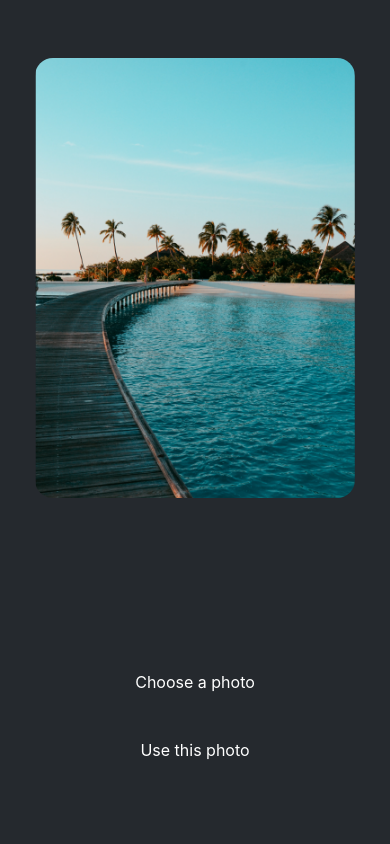
Repository: grlgmrs/StickerSmash
Screen: /
The author's editor kept a copy of each file at every save. The screen is drawn from the files as they stood at one save, then again after a run of saves.
The app was drawn by React Native's web renderer in a window 390 px wide. The project was rebuilt for these pictures with package versions that can differ from the ones it lists, and the page was loaded fresh each time.

Above is the screen before, as saved 2023-01-27 15:51:54.

### App.js
import { StatusBar } from "expo-status-bar";
import { StyleSheet, View } from "react-native";
import { Button, ImageViewer } from "./components";

const placeholderImage = require("./assets/images/background-image.png");

export default function App() {
  return (
    <View style={styles.container}>
      <View style={styles.imageContainer}>
        <ImageViewer placeholderImageSource={placeholderImage} />
      </View>
      <View style={styles.footerContainer}>
        <Button label="Choose a photo" />
        <Button label="Use this photo" />
      </View>
      <StatusBar style="auto" />
    </View>
  );
}

const styles = StyleSheet.create({
  container: {
    flex: 1,
    backgroundColor: "#25292e",
    alignItems: "center",
    justifyContent: "center",
  },
  imageContainer: {
    flex: 1,
    paddingTop: 58,
  },
  footerContainer: {
    flex: 1 / 3,
    alignItems: "center",
  },
});

### components/index.js
export { default as ImageViewer } from "./ImageViewer";
export { default as Button } from "./Button";

### components/ImageViewer/index.js
import ImageViewer from "./ImageViewer";

export default ImageViewer;

### components/ImageViewer/ImageViewer.js
import { StyleSheet, Image } from "react-native";

const ImageViewer = ({ placeholderImageSource }) => {
  return <Image source={placeholderImageSource} style={styles.image} />;
};

const styles = StyleSheet.create({
  image: {
    width: 320,
    height: 440,
    borderRadius: 18,
  },
});

export default ImageViewer;

### components/Button/Button.js
import { StyleSheet, View, Pressable, Text } from "react-native";
import { default as FontAwesome } from "@expo/vector-icons/FontAwesome";

const Button = ({ label, theme }) => {
  if (theme === "primary") {
    return (
      <View
        style={[
          styles.buttonContainer,
          { borderWidth: 4, borderColor: "#ffd33d", borderRadius: 18 },
        ]}
      >
        <Pressable
          style={[styles.button, { backgroundColor: "#fff" }]}
          onPress={() => alert("You pressed a button")}
        >
          <FontAwesome
            name="picture-o"
            size={18}
            color="#25292e"
            style={styles.buttonIcon}
          />
          <Text style={[styles.buttonLabel, { color: "#25292e" }]}>
            {label}
          </Text>
        </Pressable>
      </View>
    );
  }

  return (
    <View style={styles.buttonContainer}>
      <Pressable
        style={styles.button}
        onPress={() => alert("You pressed a button.")}
      >
        <Text style={styles.buttonLabel}>{label}</Text>
      </Pressable>
    </View>
  );
};

const styles = StyleSheet.create({
  buttonContainer: {
    width: 320,
    height: 68,
    marginHorizontal: 20,
    alignItems: "center",
    justifyContent: "center",
    padding: 3,
  },
  button: {
    borderRadius: 10,
    width: "100%",
    height: "100%",
    alignItems: "center",
    justifyContent: "center",
    flexDirection: "row",
  },
  buttonIcon: {
    paddingRight: 8,
  },
  buttonLabel: {
    color: "#fff",
    fontSize: 16,
  },
});

export default Button;

Loaded but not shown: components/Button/index.ts (common file)

After the next 2 saves:
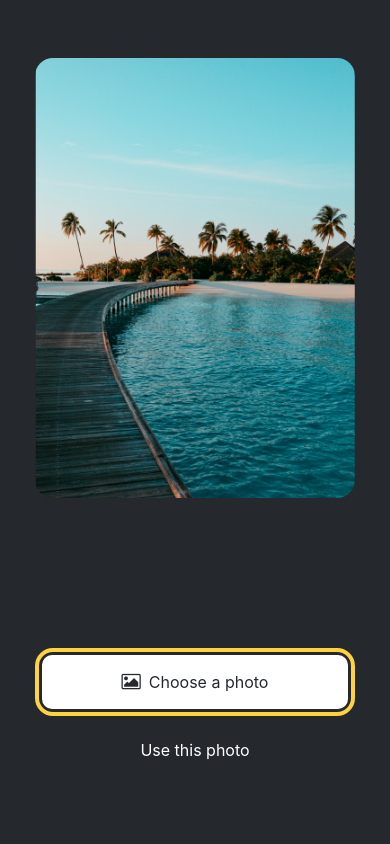
The 2 saves are shown as one change because 1 did not build or start.
The last was saved 14 s later.
--- a/App.js
+++ b/App.js
@@ -11,7 +11,7 @@ export default function App() {
         <ImageViewer placeholderImageSource={placeholderImage} />
       </View>
       <View style={styles.footerContainer}>
-        <Button label="Choose a photo" />
+        <Button label="Choose a photo" theme="primary" />
         <Button label="Use this photo" />
       </View>
       <StatusBar style="auto" />
